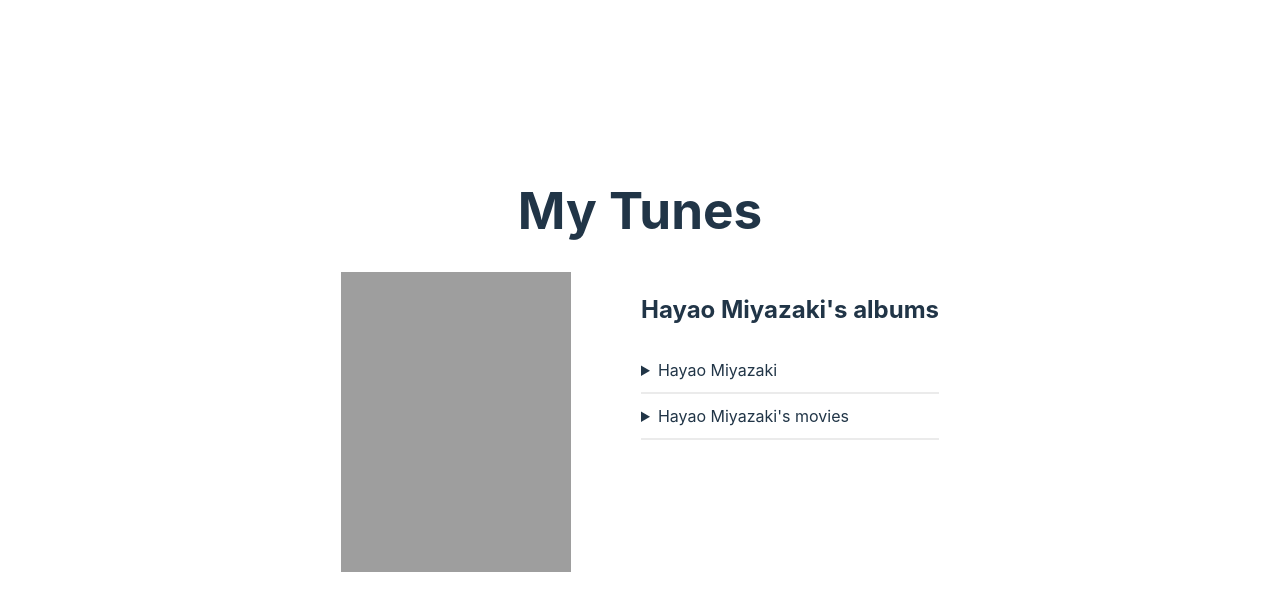
Repository: SamanthaYan298/my_app
Page: /
The author's editor kept a copy of each file at every save. The page is drawn from the files as they stood at one save, then again after the next save.
The browser window is 1280 px wide. The pictures show the whole page.
Pictures or frames that could not be fetched are drawn as grey boxes. The project was rebuilt for these pictures with package versions that can differ from the ones it lists, and the page was loaded fresh each time. Also part of the build but not shown: vite.config.js.

Above is the page before, as saved 2024-09-14 14:45:50.

After the next save:
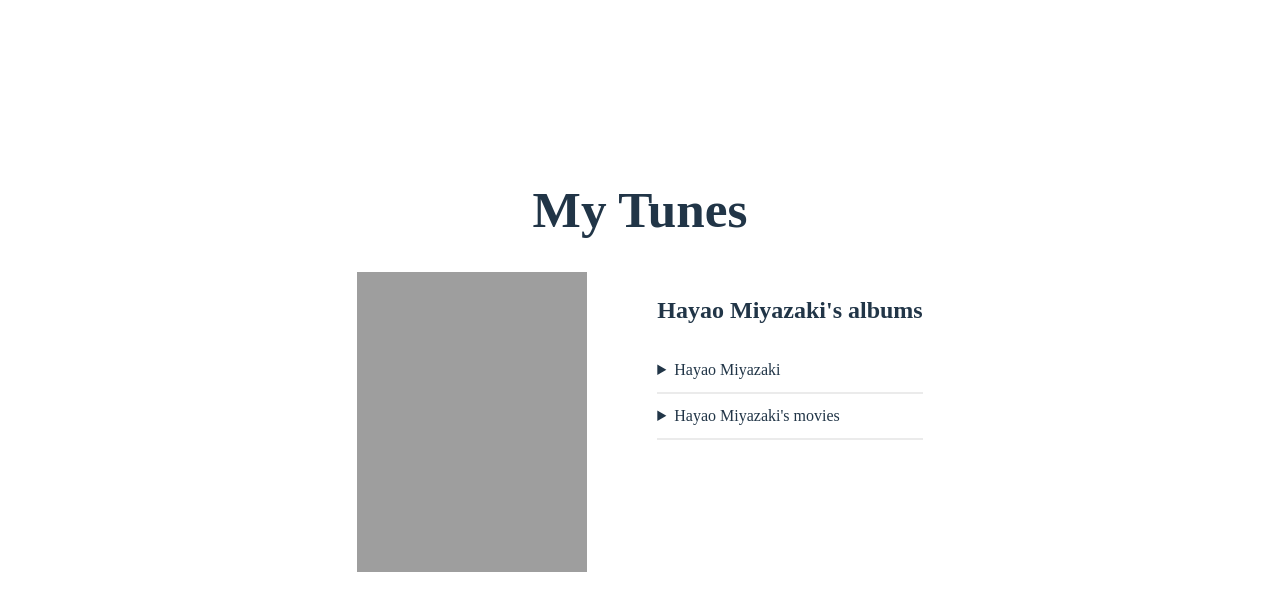
Saved 5 min 26 s later.
--- a/src/App.css
+++ b/src/App.css
@@ -2,7 +2,9 @@
   margin: 0 auto;
   padding: 1rem;
   text-align: left;
-  font-family: ;
+  font-family: "PT Serif", serif;
+  font-weight: 400;
+  font-style: normal;;
 }
 
 .photo,
